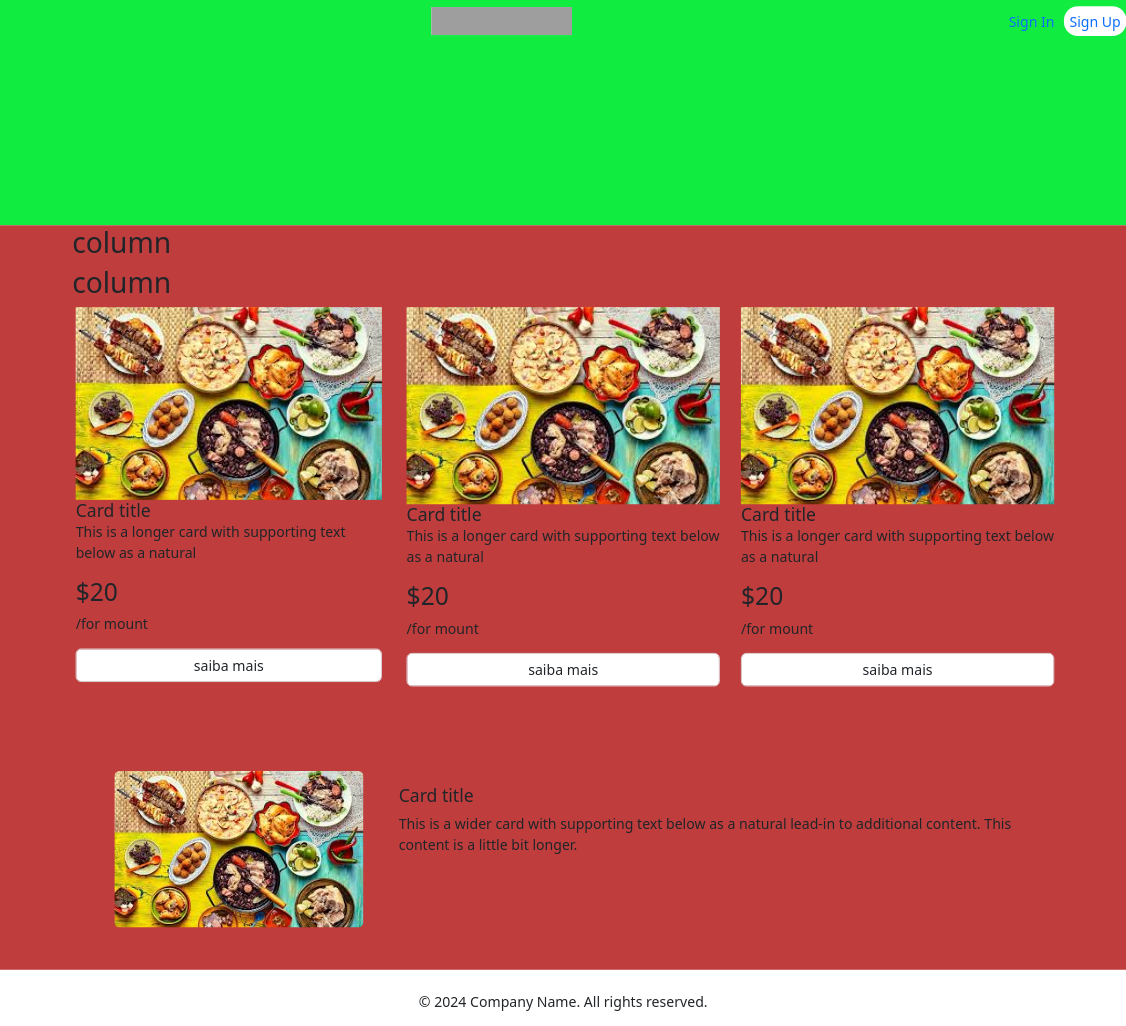
Repository: Joao-Rafael-mob/repoCurso
Page: index.html
The author's editor kept a copy of each file at every save. The page is drawn from the files as they stood at one save, then again after the next save.
The browser window is 1280 px wide. The pictures show the whole page, at 88% of full size.
Pictures or frames that could not be fetched are drawn as grey boxes.

Above is the page before, as saved 2024-09-27 09:59:33.

### index.html
<!DOCTYPE html>
<html lang="en">
  <head>
    <meta charset="UTF-8" />
    <meta name="viewport" content="width=device-width, initial-scale=1.0" />
    <title>Document</title>
    <link rel="stylesheet" href="styles.css" />
    <link
      href="https://cdn.jsdelivr.net/npm/bootstrap@5.3.3/dist/css/bootstrap.min.css"
      rel="stylesheet"
      integrity="sha384-QWTKZyjpPEjISv5WaRU9OFeRpok6YctnYmDr5pNlyT2bRjXh0JMhjY6hW+ALEwIH"
      crossorigin="anonymous"
    />
  </head>

  <body>
    <div class="imagem-fundo">
      <nav class="navbar">
        <img src="logo.png" alt="Logo" />
        <div class="nav-links">
          <a href="#" class="nav-link1">Sign In</a>
          <a href="#" class="nav-link2">Sign Up</a>
        </div>
      </nav>
    </div>
    <main>
      <div class="container">
        <div class="row row-cols-1">
          <div class="col h2">column</div>
          <div class="col h2">column</div>
        </div>
        <div class="row row-cols-1 row-cols-md-3 g-4">
          <div class="col px-3">
            <div>
              <img src="banner.jpeg" class="card-img-top" alt="" />
              <div class="card-body">
                <h5 class="card-title">Card title</h5>
                <p class="" style="max-height: 4rem; overflow: hidden">
                  This is a longer card with supporting text below as a natural
                </p>

                <h3>$20</h3>
                <p>/for mount</p>

                <button class="form-control">saiba mais</button>
              </div>
            </div>
          </div>
          <div class="col">
            <div>
              <img src="banner.jpeg" class="card-img-top" alt="" />
              <div class="card-body">
                <h5 class="card-title">Card title</h5>
                <p class="" style="max-height: 4rem; overflow: hidden">
                  This is a longer card with supporting text below as a natural
                </p>
                <div>
                  <h3>$20</h3>
                  <p>/for mount</p>

                  <button class="form-control">saiba mais</button>
                </div>
              </div>
            </div>
          </div>
          <div class="col">
            <div>
              <img src="banner.jpeg" class="card-img-top" alt="" />
              <div class="card-body">
                <h5 class="card-title">Card title</h5>
                <p class="" style="max-height: 4rem; overflow: hidden">
                  This is a longer card with supporting text below as a natural
                </p>
                <div>
                  <h3>$20</h3>
                  <p>/for mount</p>

                  <button class="form-control">saiba mais</button>
                </div>
              </div>
            </div>
          </div>
        </div>
      </div>

      <div class="container mt-5">
        <div class="p-5">
          <div class="row g-0">
            <div class="col-auto me-3">
              <img src="banner.jpeg" class="rounded float-start" alt="" />
            </div>
            <div class="col ">
              <div class="mt-3 ms-4">
                <h5>Card title</h5>
                <p>
                  This is a wider card with supporting text below as a natural
                  lead-in to additional content. This content is a little bit
                  longer.
                </p>
              </div>
            </div>
          </div>
        </div>
      </div>
    </main>

    <footer class="text-center mt-4">
      <p>&copy; 2024 Company Name. All rights reserved.</p>
    </footer>

    <script
      src="https://cdn.jsdelivr.net/npm/bootstrap@5.3.3/dist/js/bootstrap.bundle.min.js"
      integrity="sha384-YvpcrYf0tY3lHB60NNkmXc5s9fDVZLESaAA55NDzOxhy9GkcIdslK1eN7N6jIeHz"
      crossorigin="anonymous"
    ></script>
  </body>
</html>

### styles.css
.imagem-fundo {
    background-color: rgb(16, 236, 64);
    background-position: center;
    color: white;
    width: 100%;
    min-height: 16rem;
}

.imagem-fundo .navbar img {
    background-color: rgb(255, 255, 255);
    margin: auto;
    width: 10rem;
    height: 2rem;
}

.imagem-fundo .navbar a {
    text-decoration: none;
    font-size: medium;
    padding: 0.4rem;
}

.imagem-fundo .navbar .nav-link2 {
    background-color: rgb(255, 255, 255);
    border-radius: 1rem;
}

.imagem-fundo .address {
    width: 50%;
    padding-top: 3rem;
    margin: auto;
}

.imagem-fundo .address a {
    width: 50%;
    margin: auto;
    text-decoration: none;
}

main  {
    background-color: rgb(192, 61, 61);

}
.card{
    box-shadow: 10px 5px 5px red;}

After the next save:
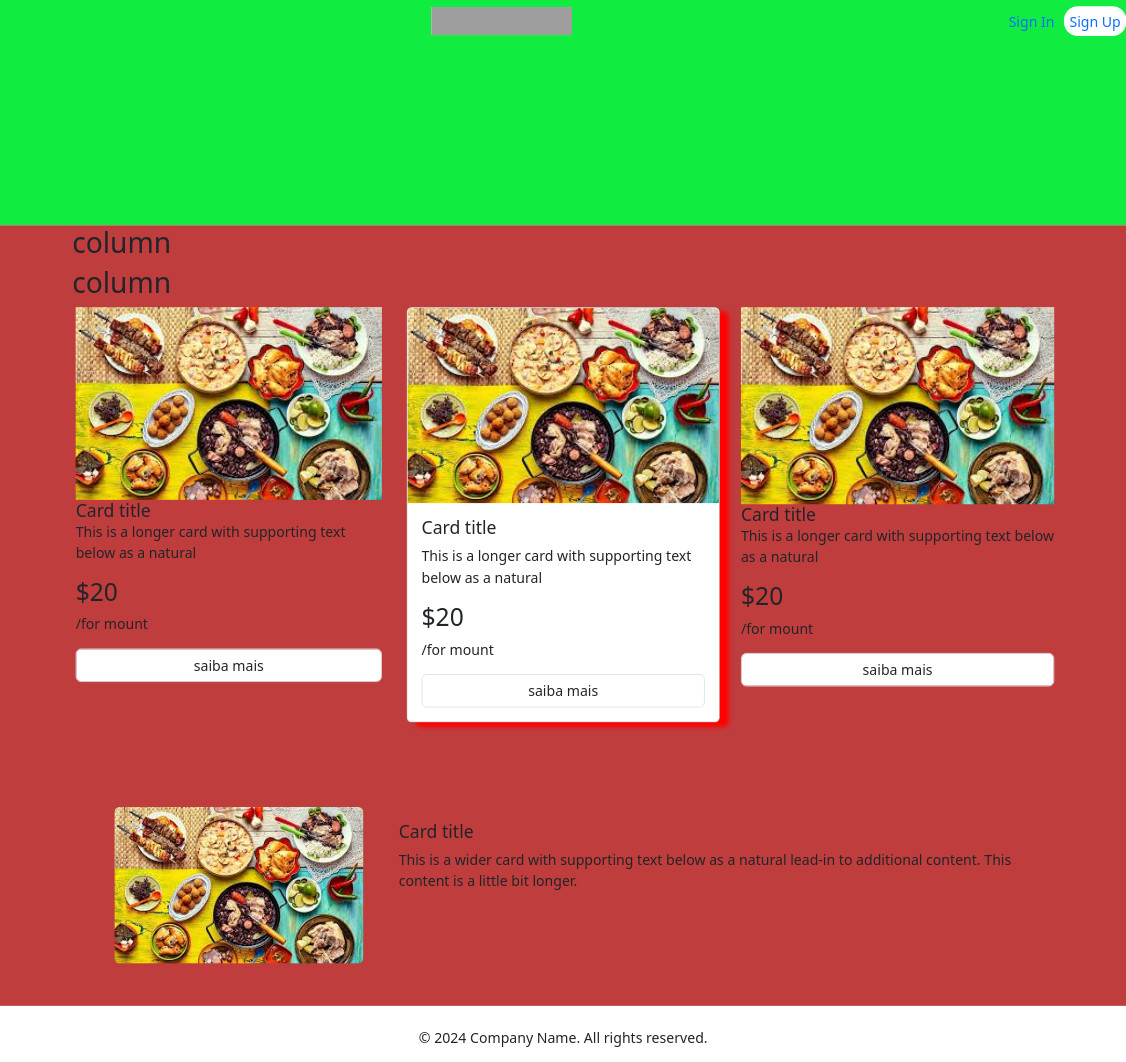
Saved 28 s later.
--- a/index.html
+++ b/index.html
@@ -47,7 +47,7 @@
             </div>
           </div>
           <div class="col">
-            <div>
+            <div class="card">
               <img src="banner.jpeg" class="card-img-top" alt="" />
               <div class="card-body">
                 <h5 class="card-title">Card title</h5>
